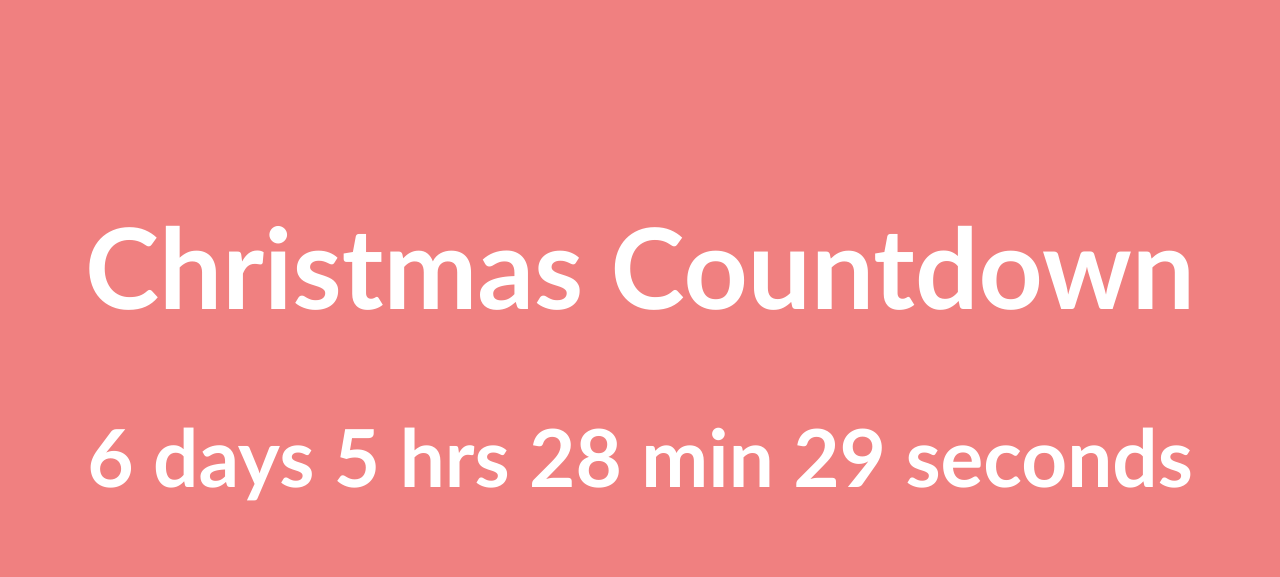
Repository: notMaximilian/countdown-timer
Page: index.html
The author's editor kept a copy of each file at every save. The page is drawn from the files as they stood at one save, then again after the next save.
The browser window is 1280 px wide. The pictures show the whole page.

Above is the page before, as saved 2021-12-18 18:59:47.

After the next save:
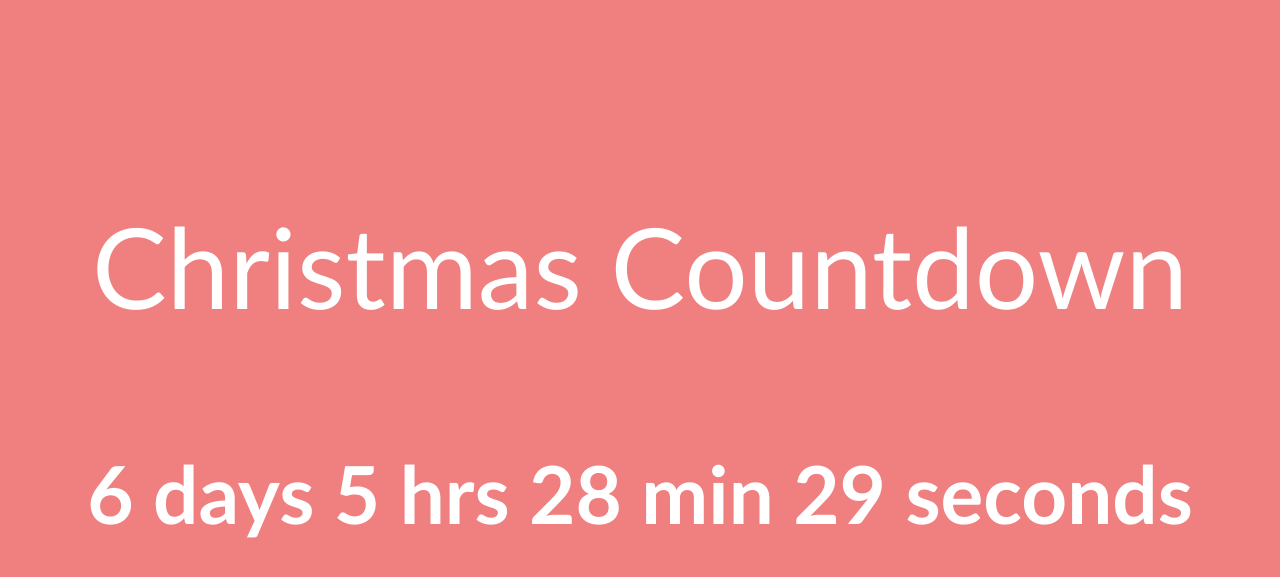
Saved 11 s later.
--- a/index.html
+++ b/index.html
@@ -5,7 +5,7 @@
         <link rel="stylesheet" href="styles.css"/>
     </head>
     <body>
-        <h1 id="main-text">Christmas Countdown</h1>
+        <p id="main-text">Christmas Countdown</h1>
         <h1 id="time-left"></h1>
         <script src="app.js"></script>
     </body>
